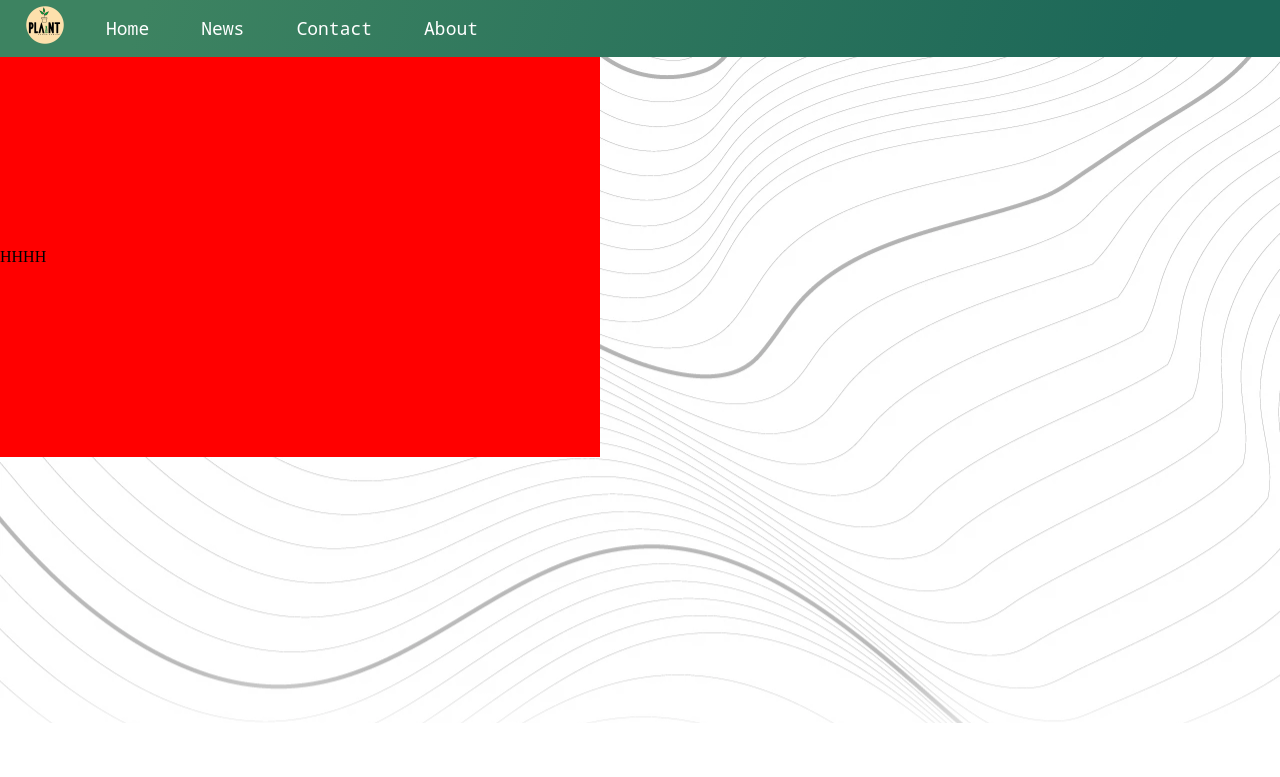
Repository: Flexo874/ISITECH-HTML-CSS
Page: about.html
These files come from the project's save history. The page is drawn as it stood at one moment and after the next save; the edit follows.
The browser window is 1280 px wide. The pictures show the whole page.

Above is the page before, as saved 2024-01-04 16:36:00.

### about.html
<!DOCTYPE html>
<html lang="en">
    <head>

        <link rel="icon" href="/images/logo_render_v2.png">
        <title>Plantes & Co</title>
        <link rel="stylesheet" href="about.css">
    </head>
    <body>
        <ul>
            <li>  <img src="images/logo_render_v2.png" alt="Logo"></li>
            <li><a href="#home">Home</a></li>
            <li><a href="#news">News</a></li>
            <li><a href="/contact/contact.html">Contact</a></li>
            <li><a href="#about">About</a></li>
        </ul>

        <div class="plant-img">
            <div class="fade">

            </div>
            <div class="comment">
                HHHH
            </div>
        </div>





    </body>
</html>

### about.css
* {
    margin: 0;
    padding: 0;
    scroll-behavior: smooth;
  }
  ul {
    list-style-type: none;
    margin: 0;
    padding: 0;
    overflow: hidden;
    background-image: linear-gradient(
      109.6deg,
      rgba(61, 131, 97, 1) 11.2%,
      rgba(28, 103, 88, 1) 91.1%
    );
    display: flex;
    list-style: none;
    box-sizing: border-box;
    justify-content: left;
  }

  li img {
    width: 50px;
    height: auto;
    vertical-align: middle;
  }

  li {
    position: relative;
    margin-left: 20px;
  }

  li a {
    display: block;
    color: white;
    text-align: center;
    padding: 18px 16px;
    text-decoration: none;
    font-size: 18px;
    transition: 0.4s ease-in-out;
    position: center;
    font-family: "Noto Mono", monospace;
  }

  li a:hover {
    background-color: #00564B;
    border-radius: 5px;
    transform: scale(1.2);
  }


  .plant-img  {
    width: 100%;
    height: 52vw;
    object-fit: cover;
    overflow: hidden;
    background-image:url(images/lines.webp);
  }

  .plant-img > .fade {
    position: absolute;
    width: 100%;
    height: 100%;
    display: flex;
    justify-content: center;
    background-image: linear-gradient(0deg, white 0%, rgba(0,0,0,0) 15%);
  }


  .plant-img > .comment{
    position: relative;
    align-items: center;
    width: 600px;
    background-color:red;
    height: 400px;
    display: flex;
    align-items:center
  }

After the next save:
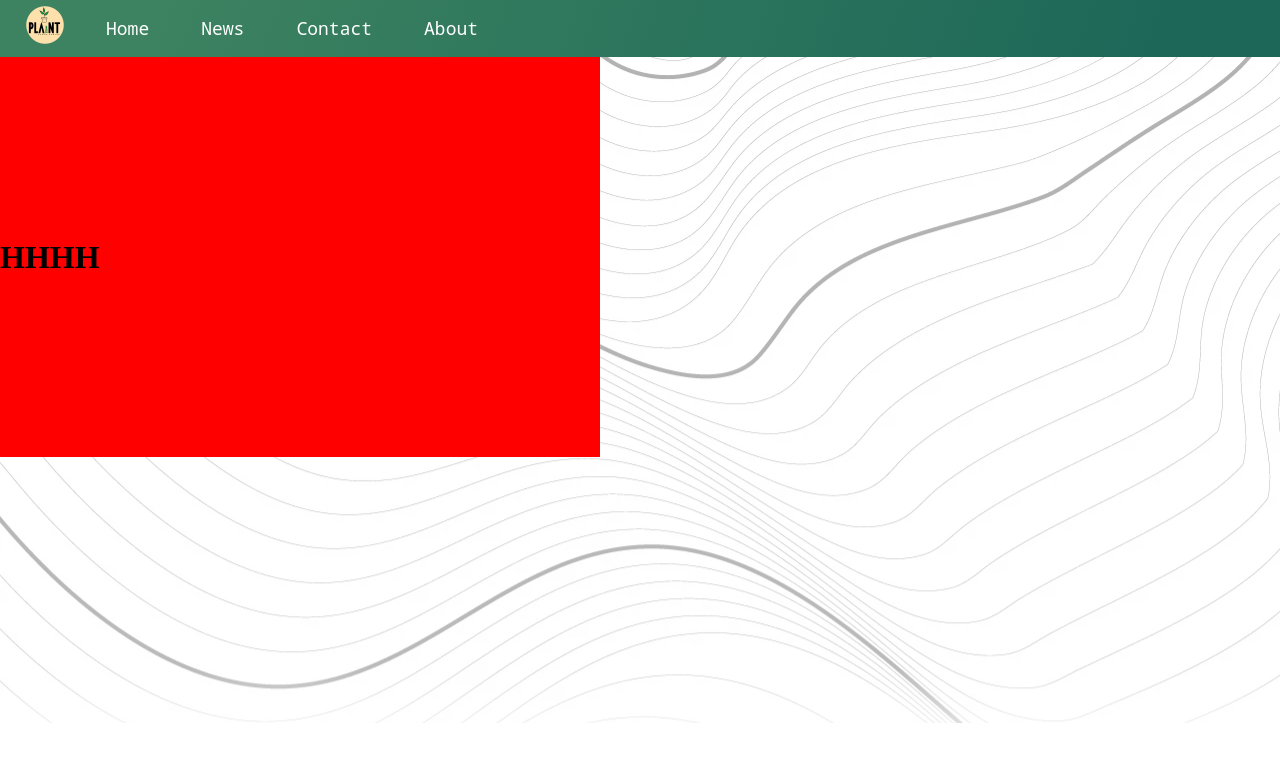
Saved 31 s later.
--- a/about.html
+++ b/about.html
@@ -20,7 +20,7 @@
 
             </div>
             <div class="comment">
-                HHHH
+                <h1>HHHH</h1>
             </div>
         </div>
 
